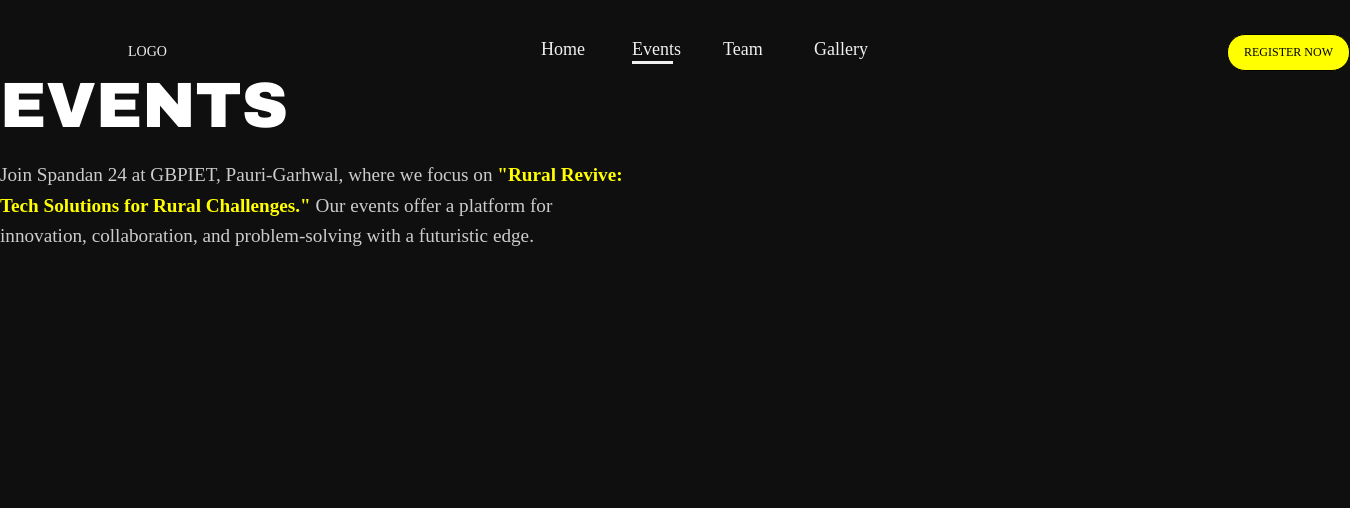
Repository: s4bbi/spandan-3.0
Page: /Events
An editor plug-in stored every save of this project. The page is shown before and after the next save, followed by the edit.
The browser window is 1280 px wide. The page is 1350 px wide, so the pictures cover 1350 px, including what lies to the right of the window. The pictures show the whole page.
The project was rebuilt for these pictures with package versions that can differ from the ones it lists, and the page was loaded fresh each time. Also part of the build but not shown: vite.config.js, src/pages/Home/Home.jsx.

Above is the page before, as saved 2024-11-02 02:22:45.

After the next save:
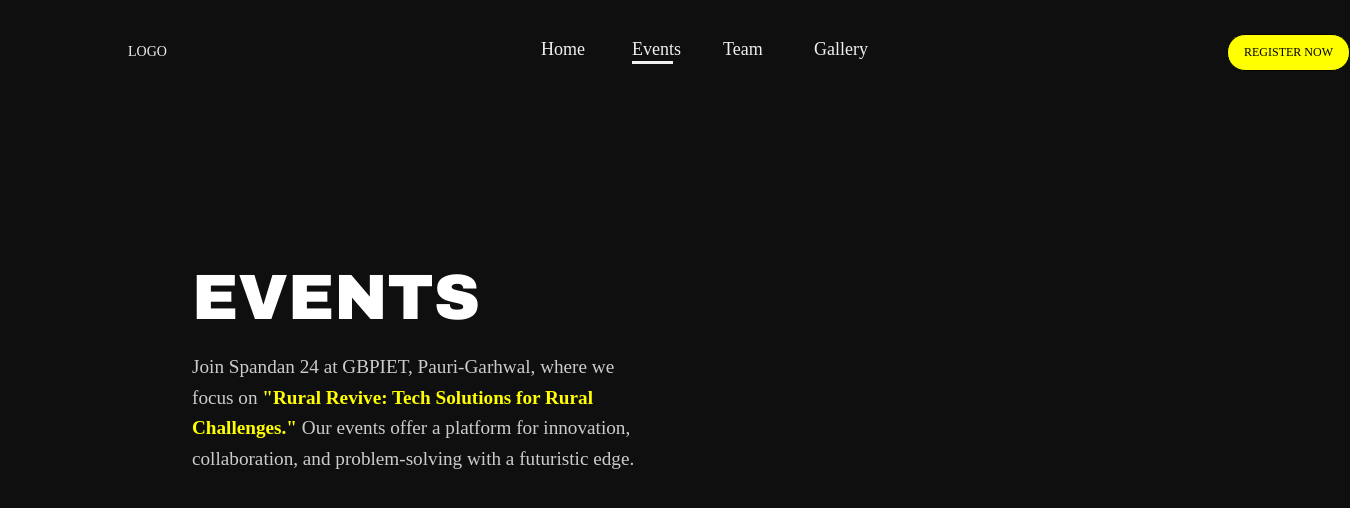
Saved 4 s later.
--- a/src/components/HeroSection/HeroSection.css
+++ b/src/components/HeroSection/HeroSection.css
@@ -4,7 +4,7 @@
     justify-content: space-between;
     /* padding-top: 50px;
     max-width: 1200px; */
-    margin: 192 auto;
+    margin: 192px;
   }
 
   .hero-text {
